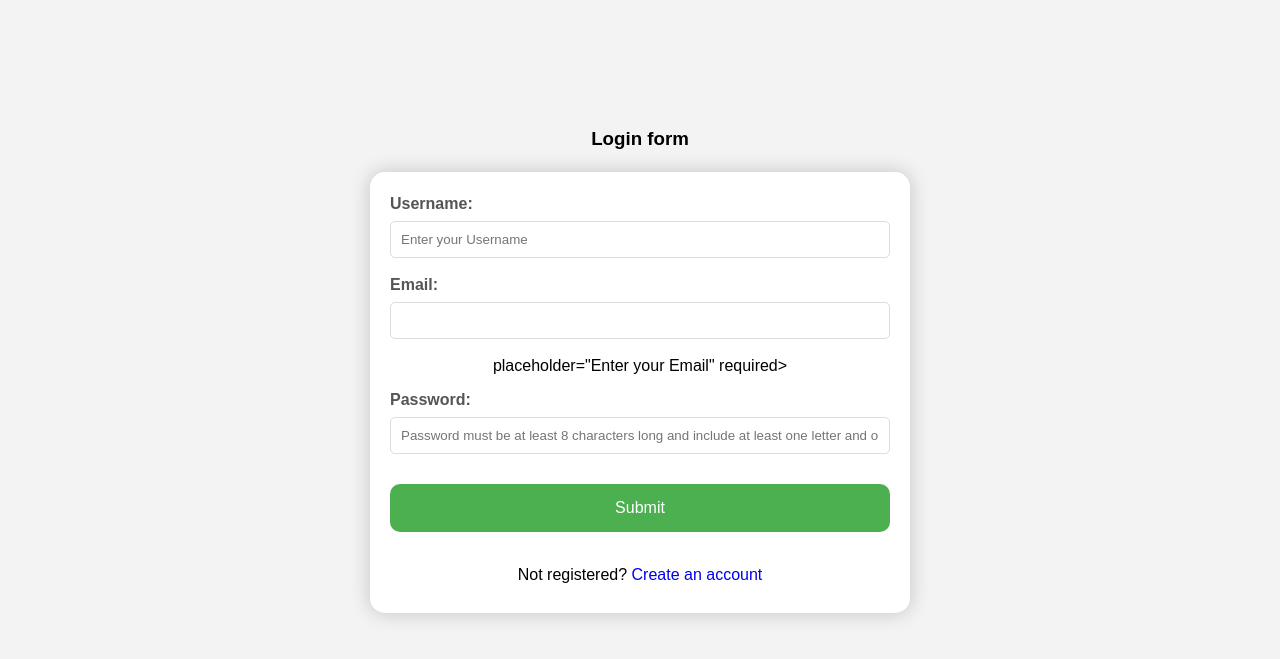
Repository: alizey12/Regestratin-Form-js
Page: signin.html
An editor plug-in stored every save of this project. The page is shown before and after the next save, followed by the edit.
The browser window is 1280 px wide. The pictures show the whole page.

Above is the page before, as saved 2024-11-29 19:08:15.

### signin.html
<!DOCTYPE html>
<html lang="en">
<head>
    <meta charset="UTF-8">
    <meta name="viewport" content="width=device-width, initial-scale=1.0">
    <link rel="stylesheet" href="signin.css">
    <title>Document</title>
</head>
<body>
    <h3>Login form</h3>
<div class="main">


    <form action="">
        <label for="first">
            Username:
        </label>
        <input type="text" id="first" name="first"
            placeholder="Enter your Username" required>

            <label for="first">
                Email:
            </label>
            <input type="email" id="first" name="email"  pattern="^[a-zA-Z0-9._%+-]+@[a-zA-Z0-9.-]+\.[a-zA-Z]{2,}$"
            title="Enter a valid email address (e.g., user@example.com)">
                placeholder="Enter your Email" required>

        <label for="password">
            Password:
        </label>
        <input type="password" id="password" name="password"   pattern="^(?=.*[A-Za-z])(?=.*\d)[A-Za-z\d]{8,}$"


            placeholder="Password must be at least 8 characters long and include at least one letter and one number.">

        <div class="wrap">
            <button type="submit">
                Submit
            </button>
        </div>
    </form>

    <p>Not registered?
        <a href="regester.html" style="text-decoration: none;">
            Create an account
        </a>
    </p>
</div>


</body>
</html>

### signin.css
/*style.css*/
body {
    display: flex;
    align-items: center;
    justify-content: center;
    font-family: sans-serif;
    line-height: 1.5;
    min-height: 100vh;
    background: #f3f3f3;
    flex-direction: column;
    margin: 0;
}

.main {
    background-color: #fff;
    border-radius: 15px;
    box-shadow: 0 0 20px rgba(0, 0, 0, 0.2);
    padding: 10px 20px;
    transition: transform 0.2s;
    width: 500px;
    text-align: center;
}

h1 {
    color: #4CAF50;
}

label {
    display: block;
    width: 100%;
    margin-top: 10px;
    margin-bottom: 5px;
    text-align: left;
    color: #555;
    font-weight: bold;
}

input {
    display: block;
    width: 100%;
    margin-bottom: 15px;
    padding: 10px;
    box-sizing: border-box;
    border: 1px solid #ddd;
    border-radius: 5px;
}

button {
    padding: 15px;
    border-radius: 10px;
    margin-top: 15px;
    margin-bottom: 15px;
    border: none;
    color: white;
    cursor: pointer;
    background-color: #4CAF50;
    width: 100%;
    font-size: 16px;
}

.wrap {
    display: flex;
    justify-content: center;
    align-items: center;
}

After the next save:
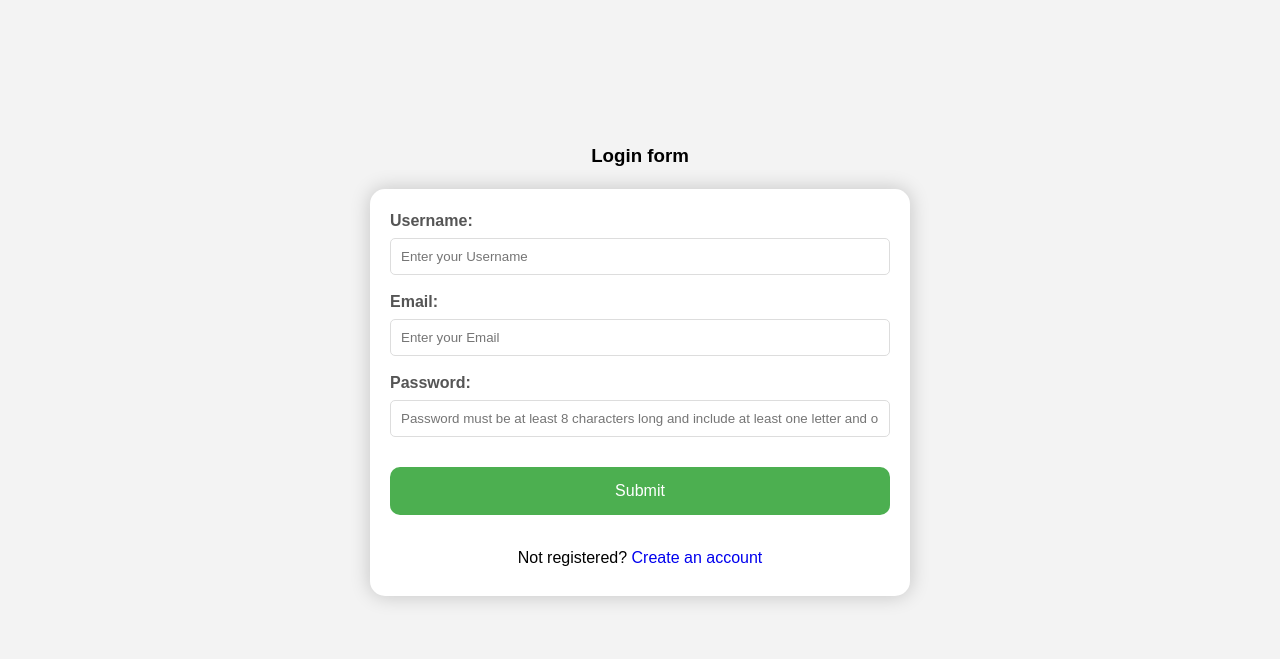
Saved 4 s later.
--- a/signin.html
+++ b/signin.html
@@ -22,7 +22,7 @@
                 Email:
             </label>
             <input type="email" id="first" name="email"  pattern="^[a-zA-Z0-9._%+-]+@[a-zA-Z0-9.-]+\.[a-zA-Z]{2,}$"
-            title="Enter a valid email address (e.g., user@example.com)">
+            title="Enter a valid email address (e.g., user@example.com)"
                 placeholder="Enter your Email" required>
 
         <label for="password">
